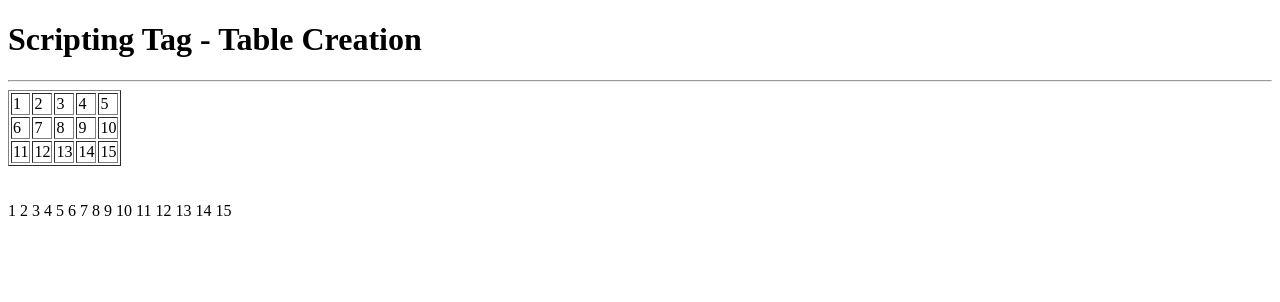
Repository: an-sehyeon/web_inworld
Page: http://localhost/web/04_script_test.jsp
These files come from the project's save history. The page is drawn as it stood at one moment and after the next save; the edit follows.
The browser window is 1280 px wide. The pictures show the whole page.
The page is served by Tomcat 10. Other server files are loaded and not shown.

Above is the page before, as saved 2024-12-14 12:57:04.

### web_inwolrd/04_Servlet/dev/web/src/main/webapp/04_script_test.jsp
<%@ page language="java" contentType="text/html; charset=UTF-8"
    pageEncoding="UTF-8"%>
<!DOCTYPE html>
<html>
<head>
<meta charset="UTF-8">
<title>Script Test - Table Creation</title>
</head>
<body>
	<h1>Scripting Tag - Table Creation</h1>
	<hr>
	<!-- Manual Job -->
	<table border ="1">
		<tr><td>1</td><td>2</td><td>3</td><td>4</td><td>5</td></tr>
		<tr><td>6</td><td>7</td><td>8</td><td>9</td><td>10</td></tr>
		<tr><td>11</td><td>12</td><td>13</td><td>14</td><td>15</td></tr>
	</table>
	<br><br>

	<!-- Using JSP -->
	<%
		for(int i = 0; i<3; i++){
	%>
			<tr>
	<%
				for(int j = 0; j<5; j++){
	%>
					<td><%=(i*5 + j + 1)%></td>
	<%
				}
	%>
			</tr>
	<%
		}
	%>


</body>
</html>

After the next save:
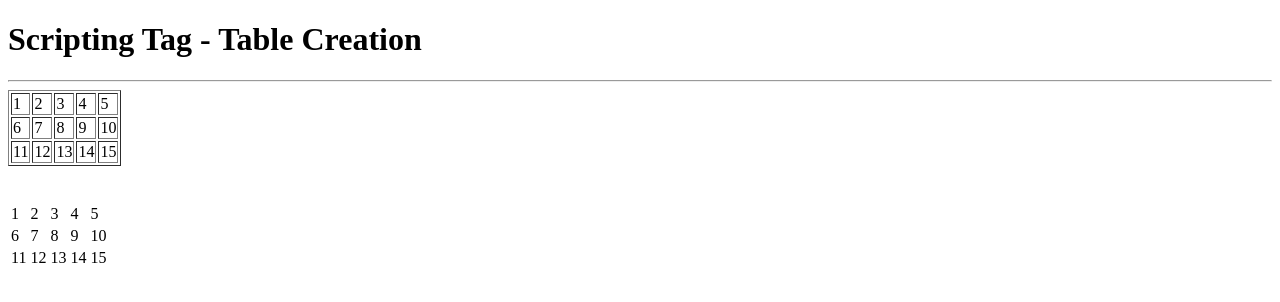
Saved 46 s later.
--- a/web_inwolrd/04_Servlet/dev/web/src/main/webapp/04_script_test.jsp
+++ b/web_inwolrd/04_Servlet/dev/web/src/main/webapp/04_script_test.jsp
@@ -18,6 +18,7 @@
 	<br><br>
 
 	<!-- Using JSP -->
+	<table boder="1">
 	<%
 		for(int i = 0; i<3; i++){
 	%>
@@ -33,7 +34,7 @@
 	<%
 		}
 	%>
-
+	</table>
 
 </body>
 </html>
